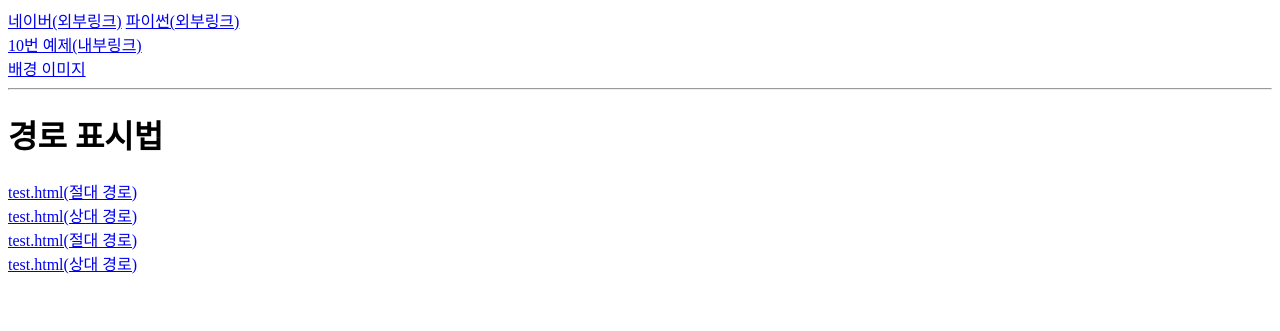
Repository: JeongWoo-Jang/Edu-Backup
Page: 5. HTML & CSS & JS/ClientTest/WebContent/ex11_link.html
An editor plug-in stored every save of this project. The page is shown before and after the next save, followed by the edit.
The browser window is 1280 px wide. The pictures show the whole page.

Above is the page before, as saved 2020-06-19 02:19:27.

After the next save:
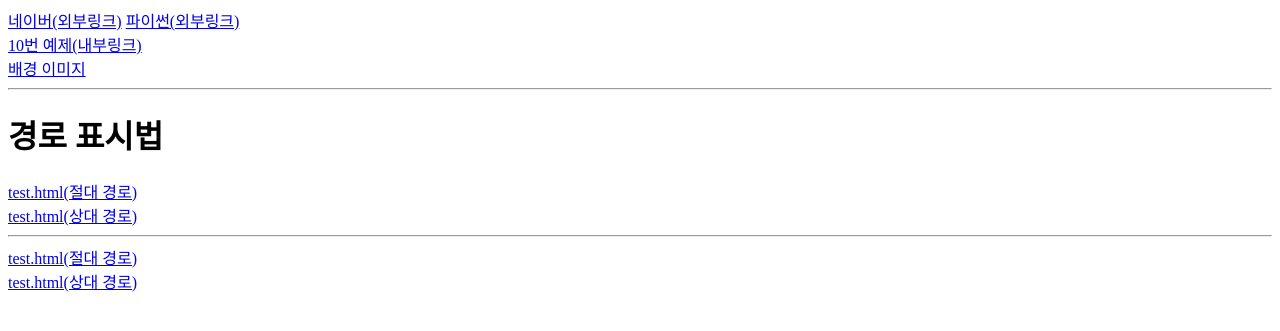
Saved 105 s later.
--- a/5. HTML & CSS & JS/ClientTest/WebContent/ex11_link.html
+++ b/5. HTML & CSS & JS/ClientTest/WebContent/ex11_link.html
@@ -54,6 +54,8 @@
 	 <a href="/client/test.html">test.html(절대 경로)</a><br>
 	 <a href="./test.html">test.html(상대 경로)</a><br>
 
+	 <hr>
+	 <!-- 타겟 리소스가 이동하면 절대경로/상대결로 모두 수정해야 한다. -->
 	 <a href="/client/test/test.html">test.html(절대 경로)</a><br>
 	 <a href="./test/test.html">test.html(상대 경로)</a><br>
 
